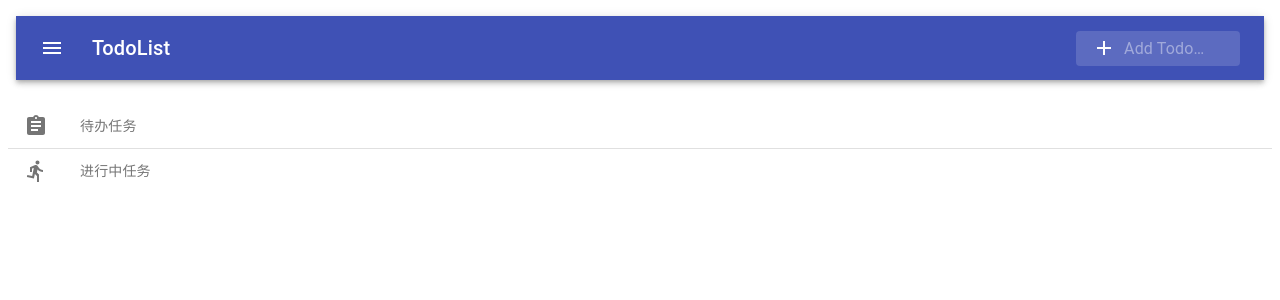
Repository: harperl71/TodoList
Page: /
The author's editor kept a copy of each file at every save. The page is drawn from the files as they stood at one save, then again after the next save.
The browser window is 1280 px wide. The pictures show the whole page.
The project was rebuilt for these pictures with package versions that can differ from the ones it lists, and the page was loaded fresh each time.

Above is the page before, as saved 2021-05-20 17:18:42.

After the next save:
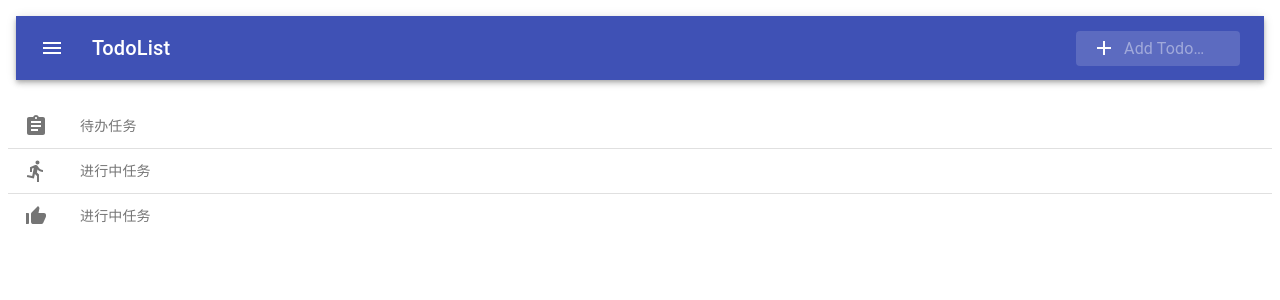
Saved 4 min 3 s later.
--- a/src/components/content/index.tsx
+++ b/src/components/content/index.tsx
@@ -10,6 +10,7 @@ import {
 } from "@material-ui/core";
 import AssignmentIcon from "@material-ui/icons/Assignment";
 import DirectionsRunIcon from "@material-ui/icons/DirectionsRun";
+import ThumbUpAltIcon from "@material-ui/icons/ThumbUpAlt";
 
 const useStyles = makeStyles((theme) => ({
   root: {
@@ -36,6 +37,13 @@ const Content = () => {
           </ListItemIcon>
           <ListItemText secondary="进行中任务" />
         </ListItem>
+        <Divider />
+        <ListItem button>
+          <ListItemIcon>
+            <ThumbUpAltIcon />
+          </ListItemIcon>
+          <ListItemText secondary="进行中任务" />
+        </ListItem>
       </List>
       {/* <Fragment>
         <Typography className="todo" variant="h5">
